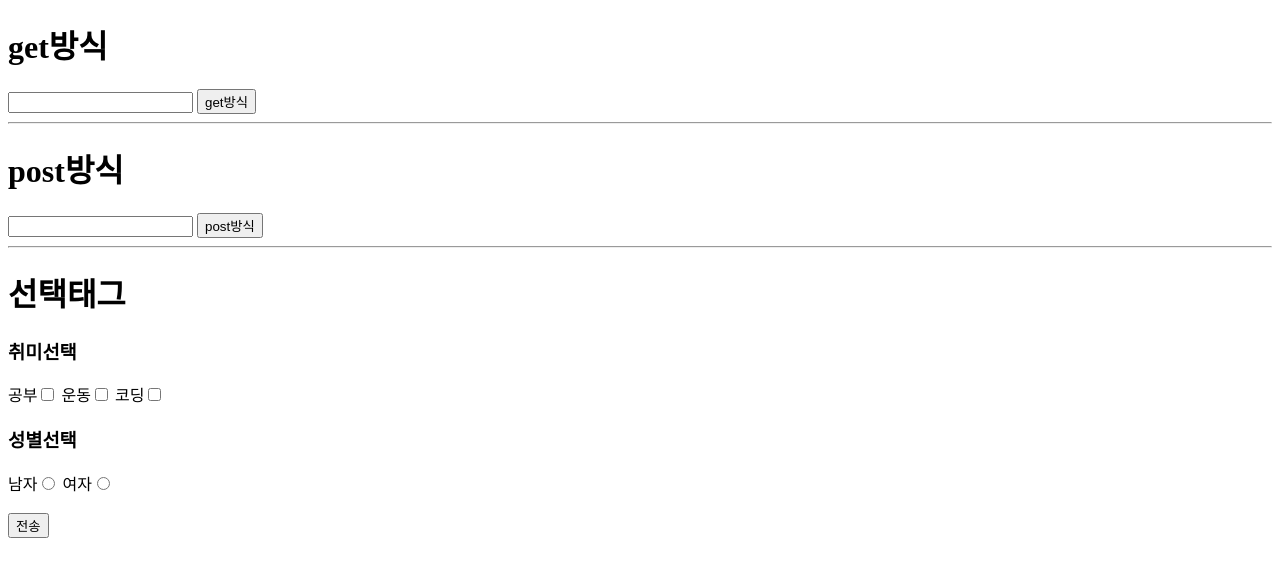
Repository: HeonchanKim/smhrd_jsp
Page: Servlet/src/main/webapp/ex04.html
The author's editor kept a copy of each file at every save. The page is drawn from the files as they stood at one save, then again after the next save.
The browser window is 1280 px wide. The pictures show the whole page.

Above is the page before, as saved 2022-01-27 07:19:26.

### Servlet/src/main/webapp/ex04.html
<!DOCTYPE html>
<html>
<head>
<meta charset="EUC-KR">
<title>Insert title here</title>
</head>
<body>
	<!--
		사용자가 서버프로그램으로 값을 보낼 수 있는 두가지 방법
		get : URL을 통해서 데이터를 전달 / 보안 X / 보내는 데이터크기에 제한 O / 빠름
			  URL(ISO-8859-1 - > euc-kr>

		post : 패킷을 통해서 데이터를 전달 / 보안강함 / 보내는 데이터크기 제한 X
	 -->

	 <h1>get방식</h1>
	<form action="ex04" method="get">
		<input type="text" name="text">
		<input type="submit" value="get방식">
	</form>

	<hr>

	 <h1>post방식</h1>
	<form action="ex04" method="post">
		<input type="text" name="text">
		<input type="submit" value="post방식">
	</form>

	<hr>

	<h1>선택태그</h1>
	<form action="ex04" method="post">

		<h3>취미선택</h3>
		공부<input type="checkbox">
		운동<input type="checkbox">
		코딩<input type="checkbox">

		<h3>성별선택</h3>
		남자<input type="radio">
		여자<input type="radio">
		<br><br>
		<input type="submit" value="전송">
	</form>





















</body>
</html>

After the next save:
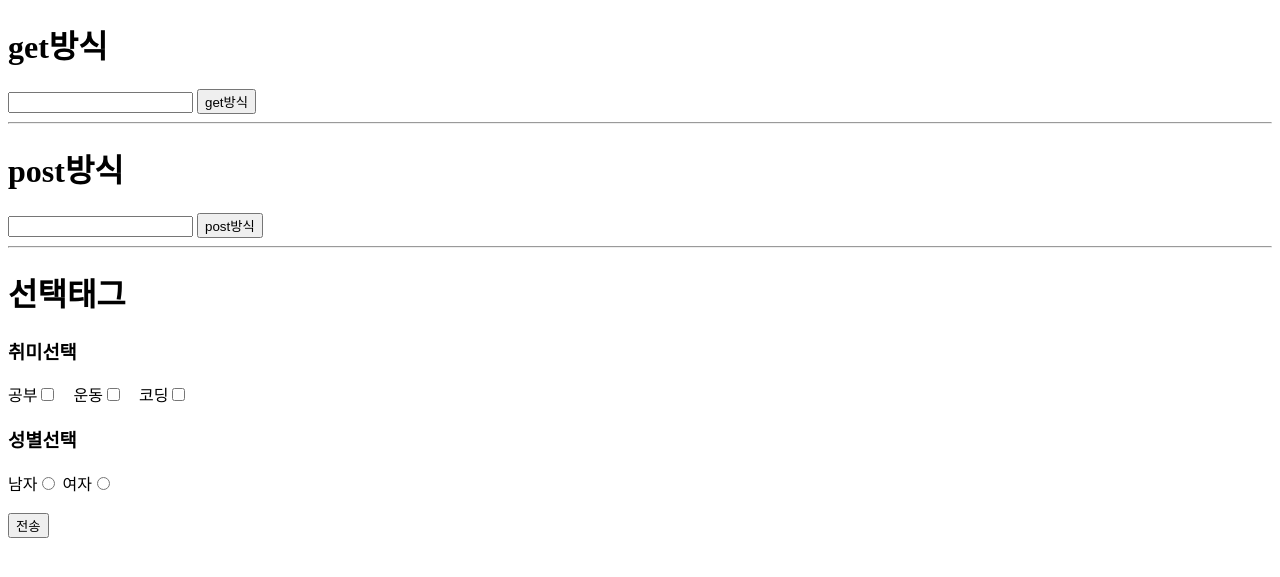
Saved 21 s later.
--- a/Servlet/src/main/webapp/ex04.html
+++ b/Servlet/src/main/webapp/ex04.html
@@ -33,8 +33,8 @@
 	<form action="ex04" method="post">
 
 		<h3>취미선택</h3>
-		공부<input type="checkbox">
-		운동<input type="checkbox">
+		공부<input type="checkbox"> &nbsp;&nbsp;
+		운동<input type="checkbox"> &nbsp;&nbsp;
 		코딩<input type="checkbox">
 
 		<h3>성별선택</h3>
